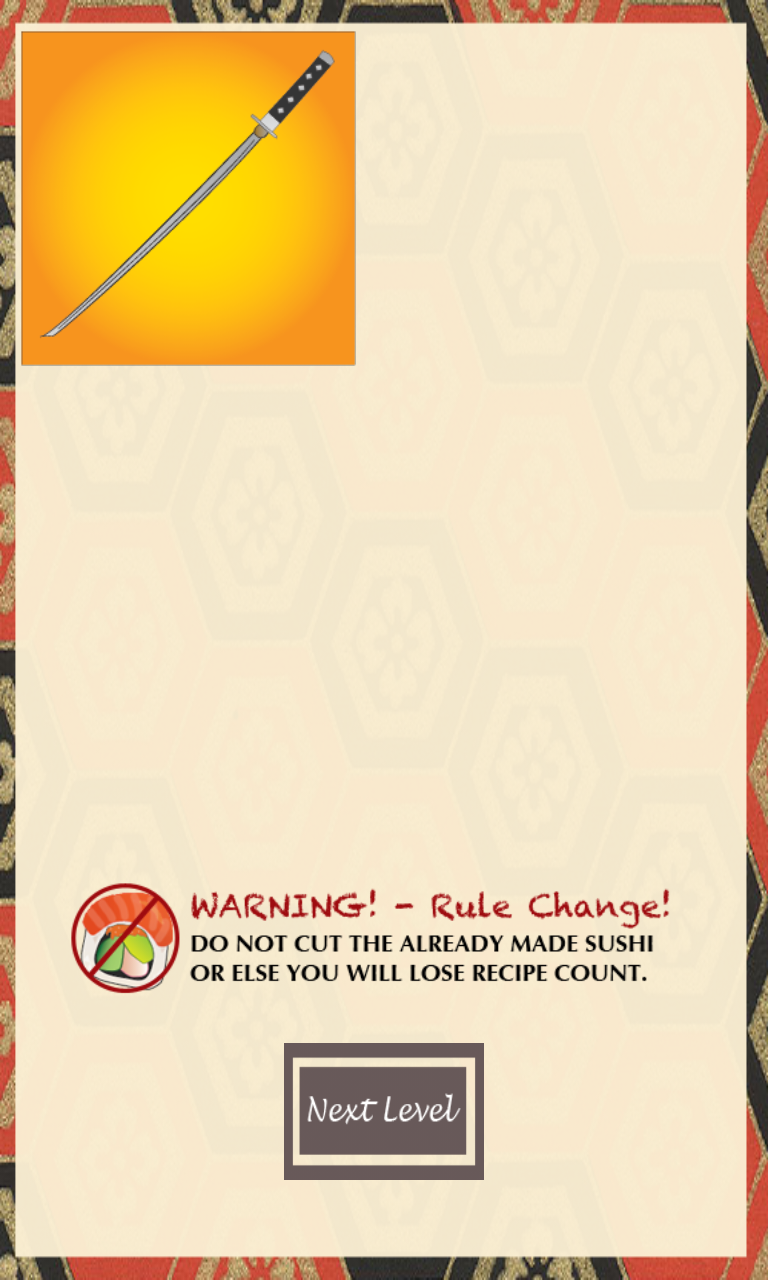
Repository: Kreispy/Sushi-Samurai
Layout: SushiNinja/res/layout/dialog.xml
The author's editor kept a copy of each file at every save. The layout is drawn from the files as they stood at one save, then again after the next save.
It is drawn on a 768 x 1280 px phone screen (xhdpi) without system bars, with theme AppTheme; the app's code is not run.

Above is the layout before, as saved 2013-04-27 04:42:01.

### SushiNinja/res/layout/dialog.xml
<?xml version="1.0" encoding="utf-8"?>
<RelativeLayout xmlns:android="http://schemas.android.com/apk/res/android"
    android:layout_width="fill_parent"
    android:layout_height="fill_parent"
    android:background="@drawable/scroll" >

    <ImageView
         android:id="@+id/rank"
         android:layout_width="wrap_content"
         android:layout_height="wrap_content"
         android:layout_alignParentLeft="true"
         android:layout_marginLeft="10dp"
         android:layout_marginTop="15dp"
         android:src="@drawable/rank1"
         android:adjustViewBounds="true" />

    <TextView
        android:id="@+id/text"
        android:layout_width="fill_parent"
        android:layout_height="wrap_content"
        android:layout_marginTop="15dp"
        android:layout_alignParentRight="true"
        android:lineSpacingExtra="15dp"
        android:textColor="#400"
        android:textSize="@dimen/text20" />

     <Button
         android:id="@+id/OKbutton"
         android:layout_width="100dp"
         android:layout_height="wrap_content"
         android:layout_centerHorizontal="true"
     	 android:layout_alignParentBottom="true"
     	 android:layout_marginBottom="50dp"
         android:background="@drawable/levelbutton" />

     <ImageView
         android:id="@+id/imageView1"
         android:layout_width="wrap_content"
         android:layout_height="wrap_content"
         android:layout_above="@+id/OKbutton"
         android:layout_marginBottom="15dp"
         android:layout_centerHorizontal="true"
         android:src="@drawable/warning"
         android:adjustViewBounds="true" />

</RelativeLayout>

### SushiNinja/res/values/dimens.xml
<?xml version="1.0" encoding="utf-8"?>
<resources>
    <dimen name="textSize">15dp</dimen>
    <dimen name="text25">25dp</dimen>
    <dimen name="text20">20dp</dimen>
    <dimen name="width75">75dp</dimen>
    <dimen name="width120">120dp</dimen>
    <dimen name="text35">35dp</dimen>
    <dimen name="text15">15dp</dimen>
</resources>

### SushiNinja/res/drawable-hdpi/levelbutton.xml
<?xml version="1.0" encoding="utf-8"?>
<selector xmlns:android="http://schemas.android.com/apk/res/android" >
       <item android:drawable="@drawable/level_focused"
          android:state_pressed="true" />
    <item android:drawable="@drawable/level_focused"
          android:state_focused="true" />
    <item android:drawable="@drawable/level_normal" />

</selector>

Loaded but not shown: SushiNinja/res/values/styles.xml (common file); SushiNinja/res/values-v11/styles.xml (common file); SushiNinja/res/values-v14/styles.xml (common file)

After the next save:
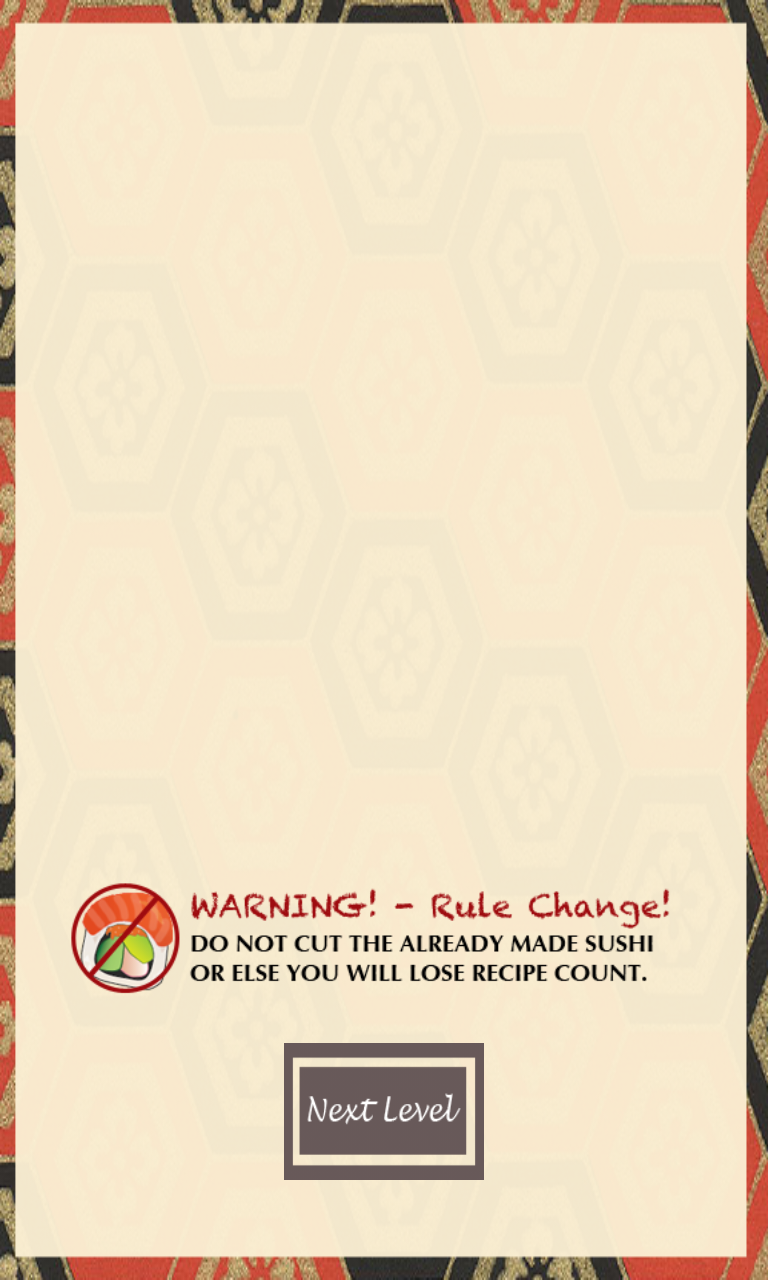
Saved 66 s later.
--- a/SushiNinja/res/layout/dialog.xml
+++ b/SushiNinja/res/layout/dialog.xml
@@ -4,15 +4,6 @@
     android:layout_height="fill_parent"
     android:background="@drawable/scroll" >
 
-    <ImageView
-         android:id="@+id/rank"
-         android:layout_width="wrap_content"
-         android:layout_height="wrap_content"
-         android:layout_alignParentLeft="true"
-         android:layout_marginLeft="10dp"
-         android:layout_marginTop="15dp"
-         android:src="@drawable/rank1"
-         android:adjustViewBounds="true" />
 
     <TextView
         android:id="@+id/text"

After the save that followed:
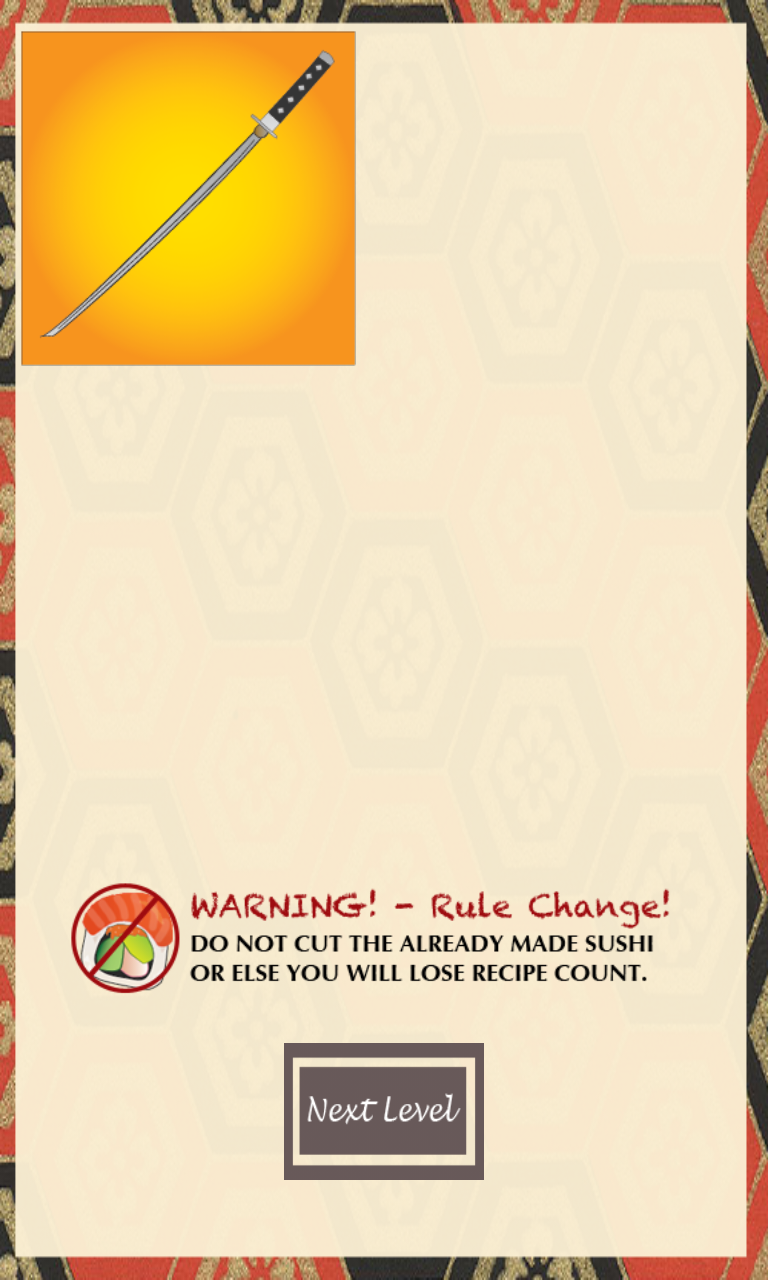
Saved 43 s later.
--- a/SushiNinja/res/layout/dialog.xml
+++ b/SushiNinja/res/layout/dialog.xml
@@ -3,7 +3,15 @@
     android:layout_width="fill_parent"
     android:layout_height="fill_parent"
     android:background="@drawable/scroll" >
-
+    <ImageView
+         android:id="@+id/rank"
+         android:layout_width="wrap_content"
+         android:layout_height="wrap_content"
+         android:layout_alignParentLeft="true"
+         android:layout_marginLeft="10dp"
+         android:layout_marginTop="15dp"
+         android:src="@drawable/rank1"
+         android:adjustViewBounds="true" />
 
     <TextView
         android:id="@+id/text"
